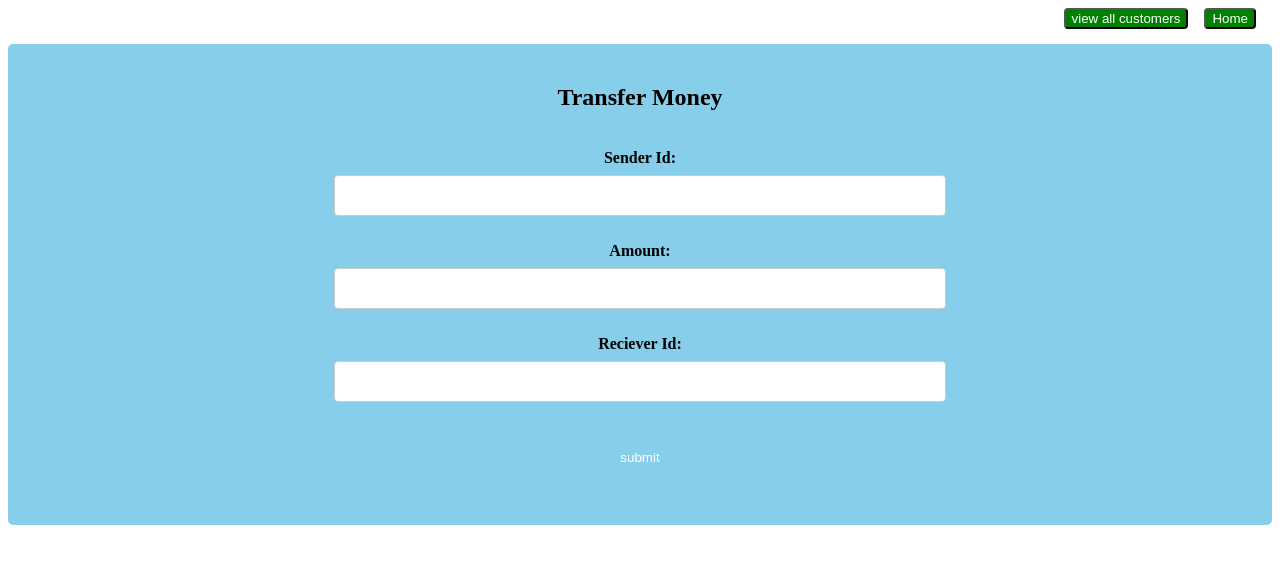
Repository: BarnalaManognaram/sparxintern
Page: sparx_internship/sparx/src/main/webapp/transfer.html
The author's editor kept a copy of each file at every save. The page is drawn from the files as they stood at one save, then again after the next save.
The browser window is 1280 px wide. The pictures show the whole page.

Above is the page before, as saved 2021-09-20 14:26:25.

### sparx_internship/sparx/src/main/webapp/transfer.html
<!DOCTYPE html>
<html>
<head>
<meta charset="ISO-8859-1">
<title>transfer</title>
<link rel="stylesheet" href="home.css">
</head>
<body>
<a href="home.html"><button class="button1">Home</button></a>
<a href="Customer"><button class="button1">view all customers</button></a><br><br>

  <center>
  <div class="back">
   <h2>Transfer Money</h2><br>
   <form action="transferServlet">
    <b>Sender Id:</b><br><input type="text" name="sid" /><br><br>
    <b>Amount:</b><br><input  type="text" name="tm"/><br><br>
    <b>Reciever Id:</b><br><input type="text" name="rid"/><br><br>
    <input type="submit" value="submit"/><br><br>
 </form>
    </div>

  </center>

</body>
<style>
input[type=text], select {
  width: 50%;
  padding: 12px 20px;
  margin: 8px 0;
  display: inline-block;
  border: 1px solid #ccc;
  border-radius: 4px;
  box-sizing: border-box;
}

input[type=submit] {
  width: 50%;
  background-color:skyblue;
  color: white;
  padding: 14px 20px;
  margin: 8px 0;
  border: none;
  border-radius: 4px;
  cursor: pointer;
}



div {
  border-radius: 5px;
  background-color: skyblue;
  padding: 20px;
}

</style>
</html>

### sparx_internship/sparx/src/main/webapp/home.css
@charset "ISO-8859-1";
.button{
	background-color:green;
	color: white;
	border-radius: 8px;
		margin-left:690px;
}
.button1{
	background-color:green;
	color: white;
	border-radius: 4px;
	float: right;
	margin-right:16px;
}
.heading{
	color:green;
}
.bottom{
	background-color:skyblue;
	border-radius: 8px;

}

.table {
  font-family: arial, sans-serif;
  border-collapse: collapse;
  width: 100%;
}

.td {
  border: 1px solid #dddddd;
  text-align: left;
  padding: 8px;
}

.tr:nth-child(even) {
  background-color: #dddddd;
}

After the next save:
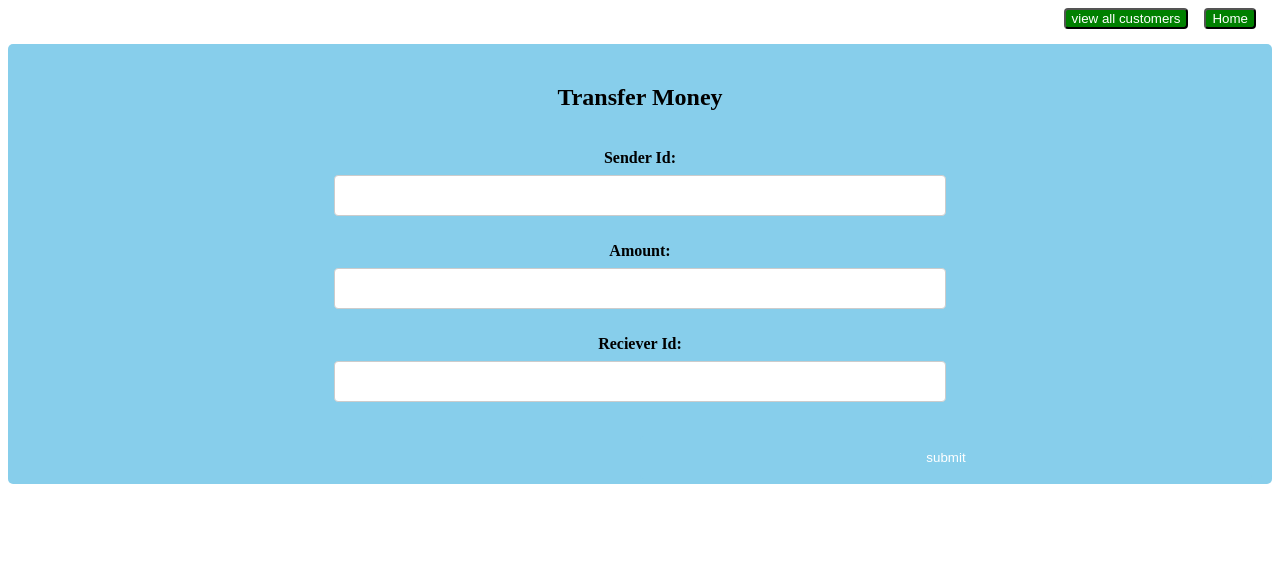
Saved 3 min 21 s later.
--- a/sparx_internship/sparx/src/main/webapp/transfer.html
+++ b/sparx_internship/sparx/src/main/webapp/transfer.html
@@ -16,7 +16,7 @@
     <b>Sender Id:</b><br><input type="text" name="sid" /><br><br>
     <b>Amount:</b><br><input  type="text" name="tm"/><br><br>
     <b>Reciever Id:</b><br><input type="text" name="rid"/><br><br>
-    <input type="submit" value="submit"/><br><br>
+    <input class="button1" type="submit" value="submit"/><br><br>
  </form>
     </div>
 
